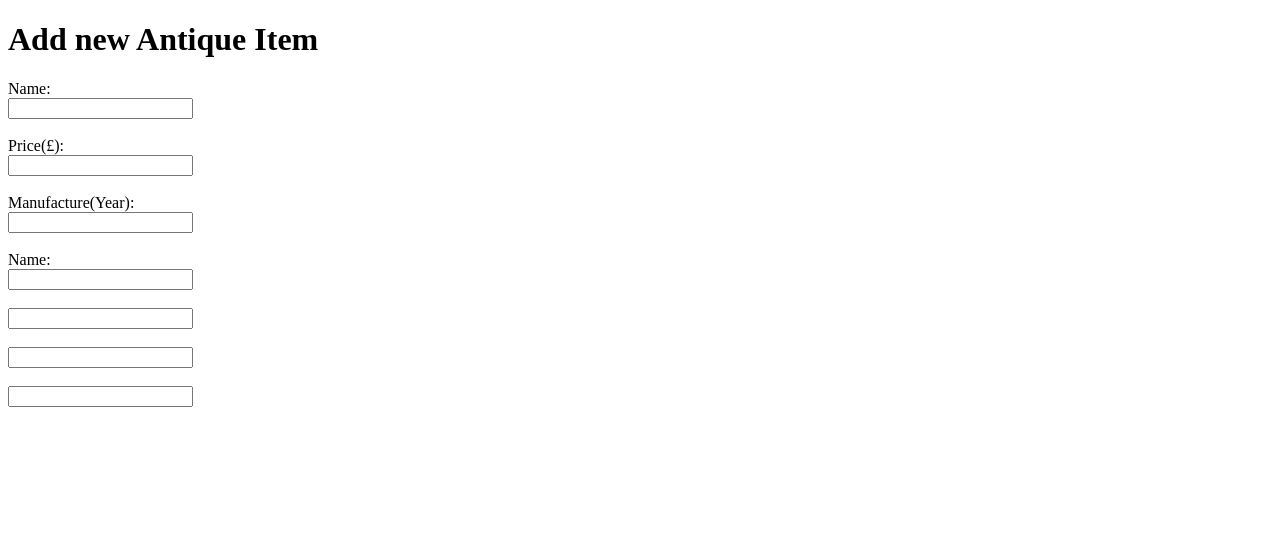
Repository: hidayatmansuri/antique-shop
Page: process/templates/addantique.html
The author's editor kept a record of every edit. The page is drawn from the files as they stood at one moment, then again after the next edit.
The browser window is 1280 px wide. The pictures show the whole page.

Above is the page before.

### process/templates/addantique.html
<!DOCTYPE html>
<html lang="en">
<head>
    <meta charset="UTF-8">
    <meta name="viewport" content="width=device-width, initial-scale=1.0">
    <meta http-equiv="X-UA-Compatible" content="ie=edge">
    <title>Document</title>
</head>
<body>
    <h1> Add new Antique Item </h1>
    <form method="POST">
        <label for="atq_name">Name: </label><br>
        <input type="text" id="atq_name" name="atq_name"/><br><br>
        <label for="atq_price">Price(£): </label><br>
        <input type="number" id="atq_price" name="atq_price"/><br><br>
        <label for="atq_manu">Manufacture(Year): </label><br>
        <input type="number" id="atq_manu" name="atq_manu"/><br><br>
        <label for="atq_name">Name: </label><br>
        <input type="text" id="atq_desc" name="atq_desc"/><br><br>
        <input type="number" id="atq_height" name="atq_height"/><br><br>
        <input type="text" id="atq_width" name="atq_width"/><br><br>
        <input type="text" id="atq_depth" name="atq_depth"/><br><br>
    </form>
</body>
</html>

After the next edit:
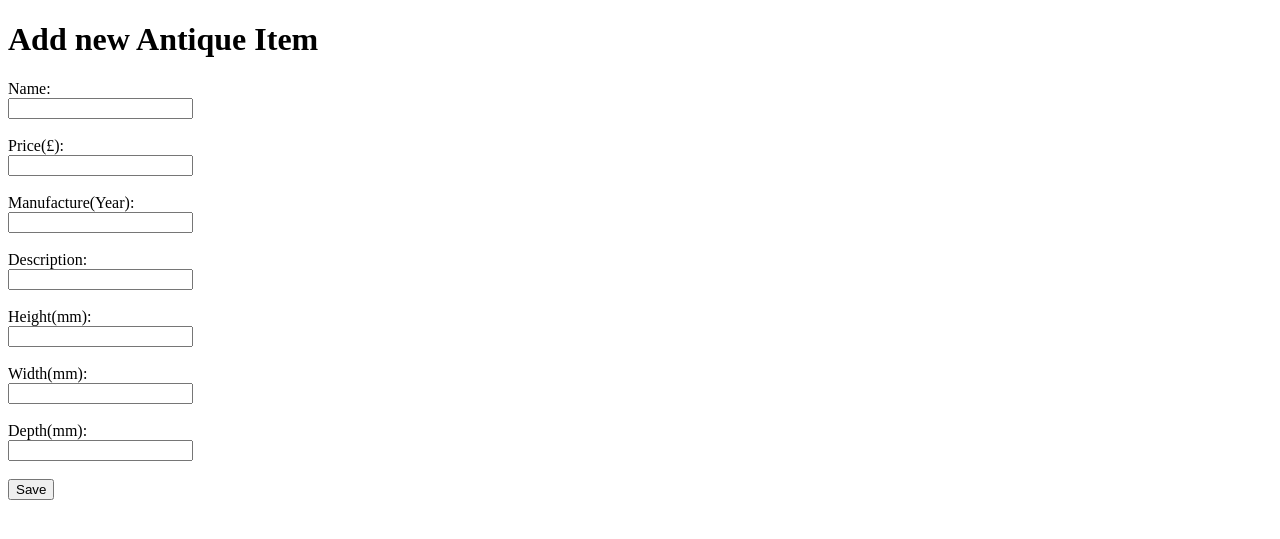
The edit:
--- a/process/templates/addantique.html
+++ b/process/templates/addantique.html
@@ -15,11 +15,15 @@
         <input type="number" id="atq_price" name="atq_price"/><br><br>
         <label for="atq_manu">Manufacture(Year): </label><br>
         <input type="number" id="atq_manu" name="atq_manu"/><br><br>
-        <label for="atq_name">Name: </label><br>
+        <label for="atq_desc">Description: </label><br>
         <input type="text" id="atq_desc" name="atq_desc"/><br><br>
+        <label for="atq_height">Height(mm): </label><br>
         <input type="number" id="atq_height" name="atq_height"/><br><br>
+        <label for="atq_width">Width(mm): </label><br>
         <input type="text" id="atq_width" name="atq_width"/><br><br>
+        <label for="atq_depth">Depth(mm): </label><br>
         <input type="text" id="atq_depth" name="atq_depth"/><br><br>
+        <button type="submit">Save</button>
     </form>
 </body>
 </html>
